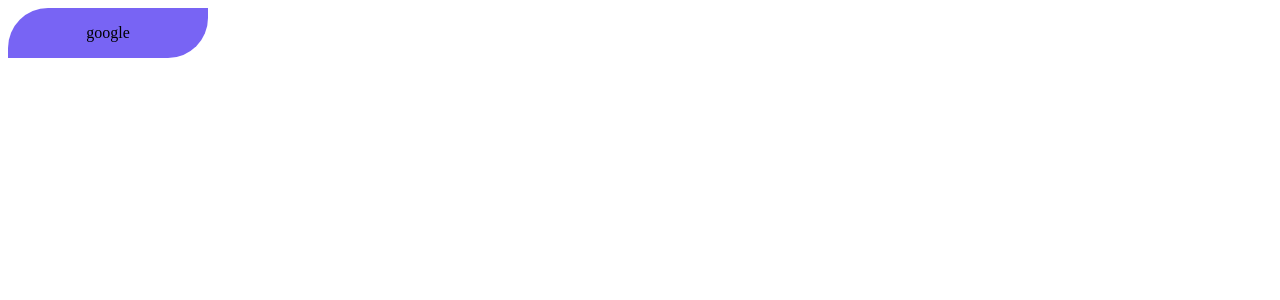
Repository: Aakarshit-Sharma19/Basic-HTML-and-CSS-Page-
Page: index.html
An editor plug-in stored every save of this project. The page is shown before and after the next save, followed by the edit.
The browser window is 1280 px wide. The pictures show the whole page.

Above is the page before, as saved 2020-11-07 13:52:00.

### index.html
<!DOCTYPE html>
<html lang="en">
<head>
    <meta charset="UTF-8">
    <meta name="viewport" content="width=device-width, initial-scale=1.0">
    <title>Document</title>
    <style>
        .shape{
            text-align: center;
            align-content: center;
            width: 200px;
            height: 50px;
            background: #7864F4;
            border-radius: 40px 0 40px 0;
        }
    </style>
</head>
<header>
</header>
<body>
    <div class="shape" onclick="alert('hi')">
        <p class='shape_text'>google</p>
    </div>
</body>
</html>

After the next save:
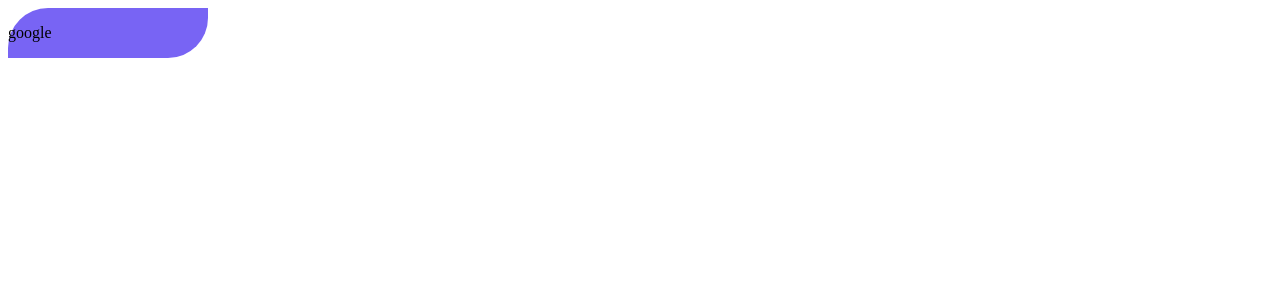
Saved 9 s later.
--- a/index.html
+++ b/index.html
@@ -6,7 +6,7 @@
     <title>Document</title>
     <style>
         .shape{
-            text-align: center;
+            text-align: center center;
             align-content: center;
             width: 200px;
             height: 50px;

After the save that followed:
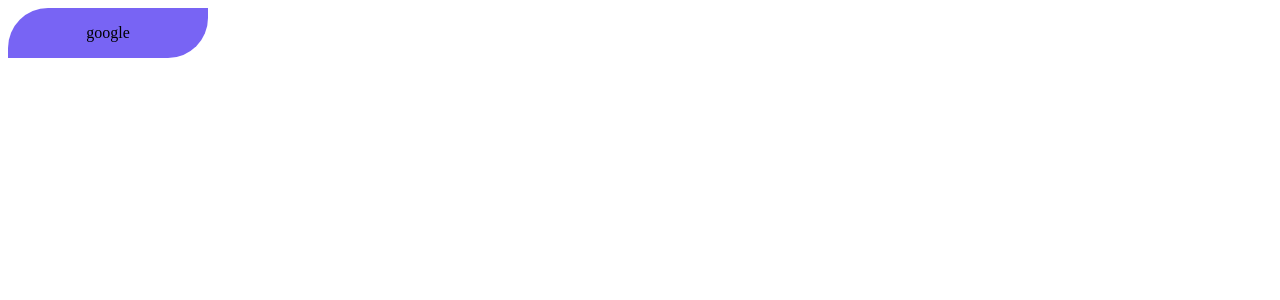
Saved 4 s later.
--- a/index.html
+++ b/index.html
@@ -6,7 +6,7 @@
     <title>Document</title>
     <style>
         .shape{
-            text-align: center center;
+            text-align: center;
             align-content: center;
             width: 200px;
             height: 50px;
